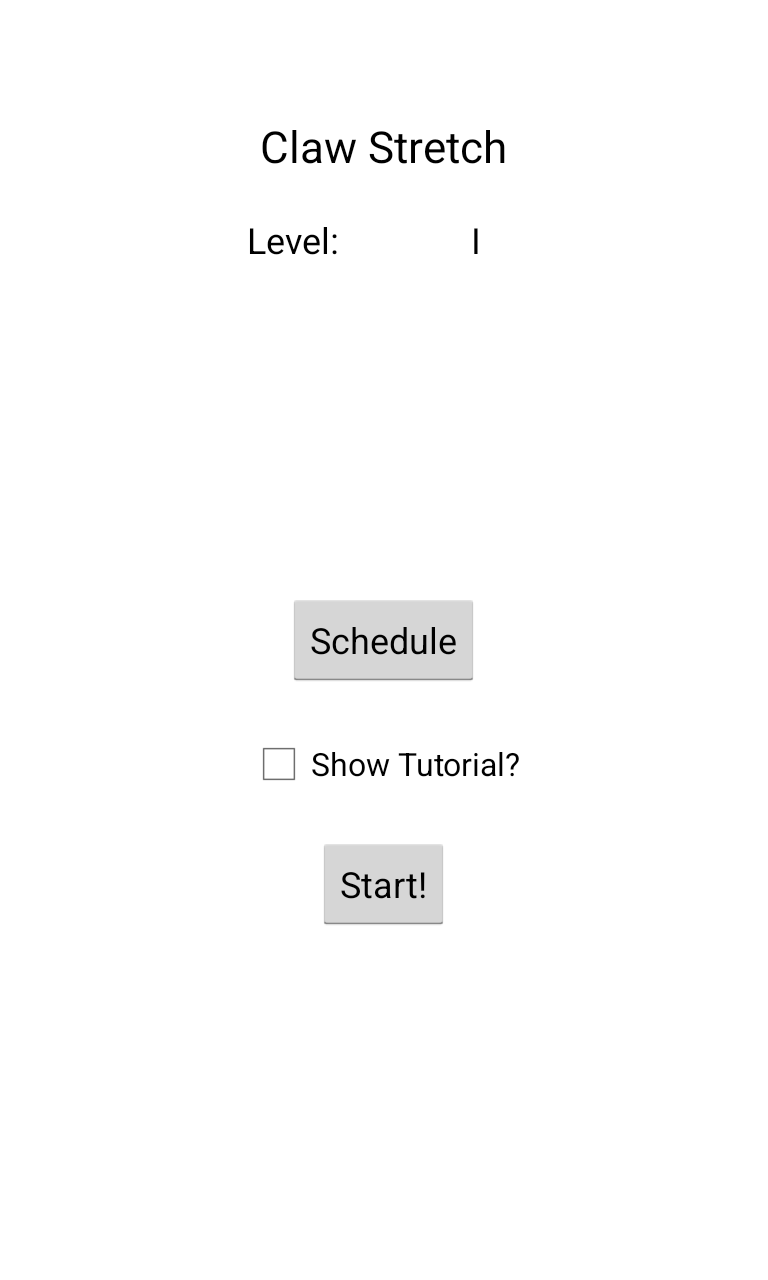
Repository: zi-yang-zhang/ECSE424-Group8
Layout: Hi Fi Prototype/ReHand/ReHand/res/layout/activity_wrist_flex_page.xml
An editor plug-in stored every save of this project. The layout is shown before and after the next save, followed by the edit.
It is drawn on a 768 x 1280 px phone screen (xhdpi) without system bars, with theme AppTheme; the app's code is not run.

Above is the layout before, as saved 2014-02-18 05:12:05.

After the next save:
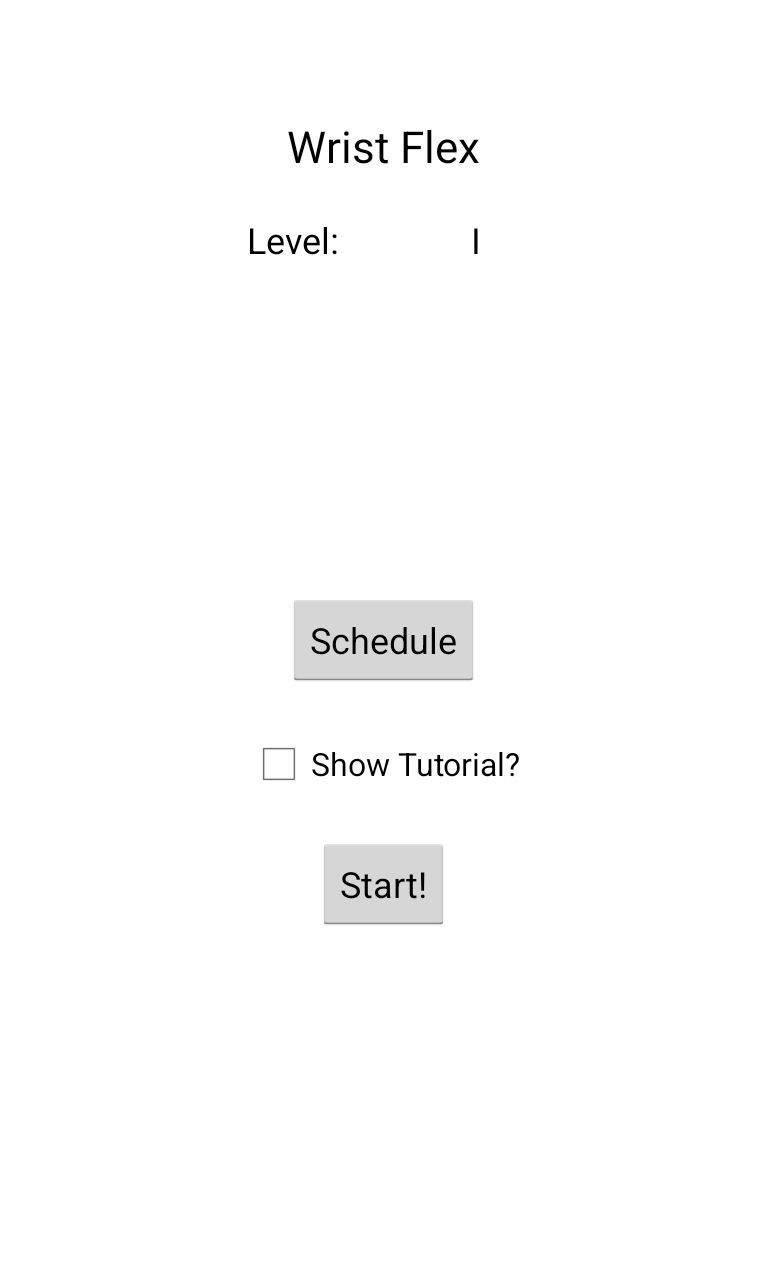
Saved 14 s later.
--- a/Hi Fi Prototype/ReHand/ReHand/res/layout/activity_wrist_flex_page.xml
+++ b/Hi Fi Prototype/ReHand/ReHand/res/layout/activity_wrist_flex_page.xml
@@ -15,7 +15,7 @@
         android:layout_alignParentTop="true"
         android:layout_centerHorizontal="true"
         android:layout_marginTop="42dp"
-        android:text="@string/exercise_botton_text_claw_stretch"
+        android:text="@string/exercise_text_wrist_flex"
         android:textAppearance="?android:attr/textAppearanceLarge" />
 
     <TextView
@@ -24,7 +24,7 @@
         android:layout_height="wrap_content"
         android:layout_alignBottom="@+id/textView2"
         android:layout_alignRight="@+id/button1"
-        android:text="@string/claw_stretch_level"
+        android:text="@string/wrist_flex_level"
         android:textAppearance="?android:attr/textAppearanceMedium" />
 
     <Button
